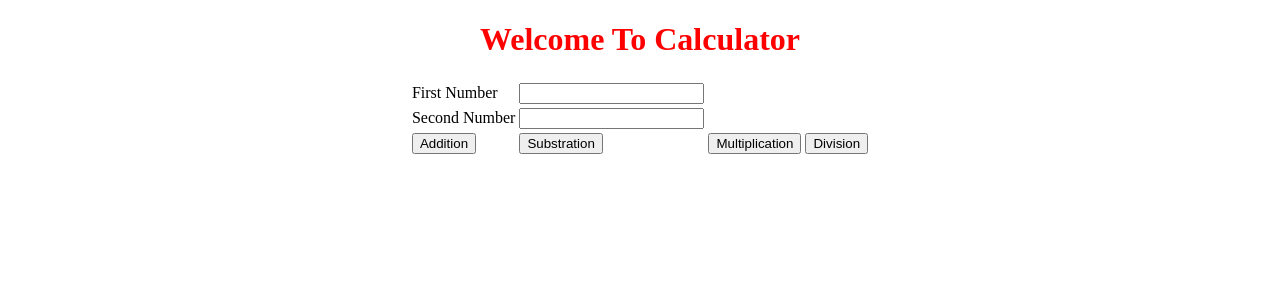
Repository: babududekula/Spring-Course-4.X-Version
Page: http://localhost/Jsp/classA.jsp
An editor plug-in stored every save of this project. The page is shown before and after the next save, followed by the edit.
The browser window is 1280 px wide. The pictures show the whole page.
The page is served by Tomcat 9.

Above is the page before, as saved 2023-02-06 17:07:35.

### Maven Projects/Jsp/src/main/webapp/classA.jsp
<%@ page language="java" contentType="text/html; charset=ISO-8859-1"
    pageEncoding="ISO-8859-1"%>
<!DOCTYPE html>
<html>
<head>
<meta charset="ISO-8859-1">
<title>Insert title here</title>
</head>
<body>
<h1 align="center" style="color: red;">Welcome To Calculator</h1>
<form action="classB.jsp" method="get">

<table align="center">
<tr>
	<td>First Number</td>
	<td><input type="text" name="first"/></td>
</tr>
<tr>
	<td>Second Number</td>
	<td><input type="text" name="second"/></td>
</tr>
<tr>
	<td><input type="submit" name="operation" value="Addition"/></td>
	<td><input type="submit" name="operation" value="Substration"/></td>
	<td><input type="submit" name="operation" value="Multiplication"/></td>
	<td><input type="submit" name="operation" value="Division"/></td>
</tr>
</table>

</form>
</body>
</html>

After the next save:
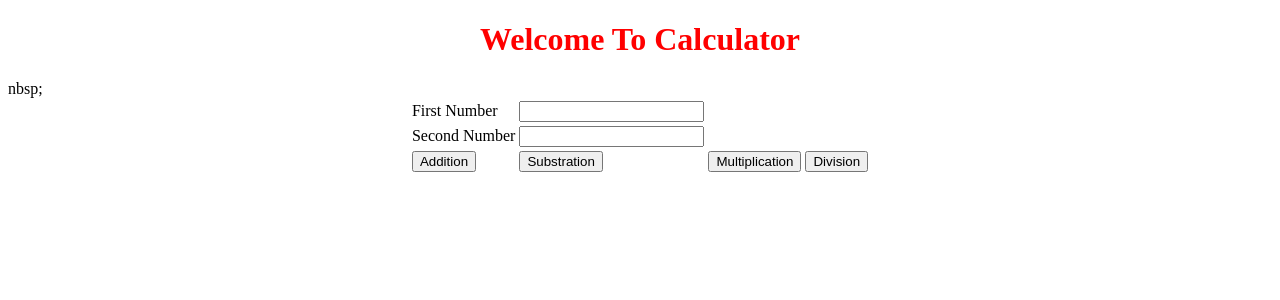
Saved 32 s later.
--- a/Maven Projects/Jsp/src/main/webapp/classA.jsp
+++ b/Maven Projects/Jsp/src/main/webapp/classA.jsp
@@ -22,7 +22,7 @@
 <tr>
 	<td><input type="submit" name="operation" value="Addition"/></td>
 	<td><input type="submit" name="operation" value="Substration"/></td>
-	<td><input type="submit" name="operation" value="Multiplication"/></td>
+	<td><input type="submit" name="operation" value="Multiplication"/></td>nbsp;
 	<td><input type="submit" name="operation" value="Division"/></td>
 </tr>
 </table>

After the save that followed:
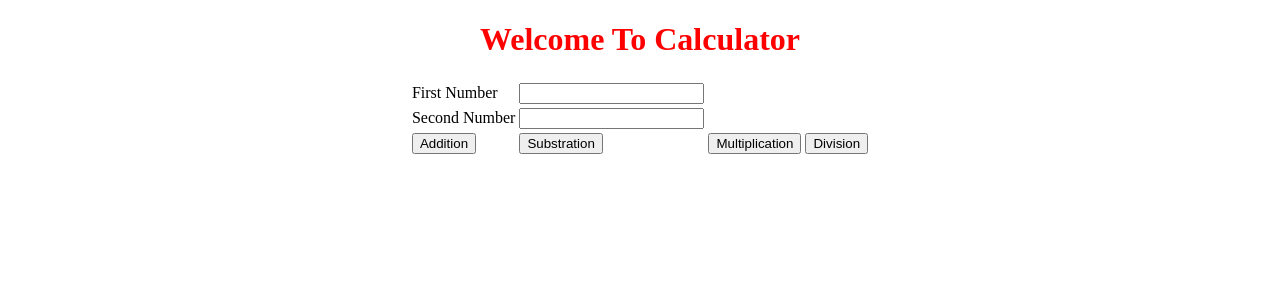
Saved 25 s later.
--- a/Maven Projects/Jsp/src/main/webapp/classA.jsp
+++ b/Maven Projects/Jsp/src/main/webapp/classA.jsp
@@ -22,7 +22,7 @@
 <tr>
 	<td><input type="submit" name="operation" value="Addition"/></td>
 	<td><input type="submit" name="operation" value="Substration"/></td>
-	<td><input type="submit" name="operation" value="Multiplication"/></td>nbsp;
+	<td><input type="submit" name="operation" value="Multiplication"/></td>
 	<td><input type="submit" name="operation" value="Division"/></td>
 </tr>
 </table>
